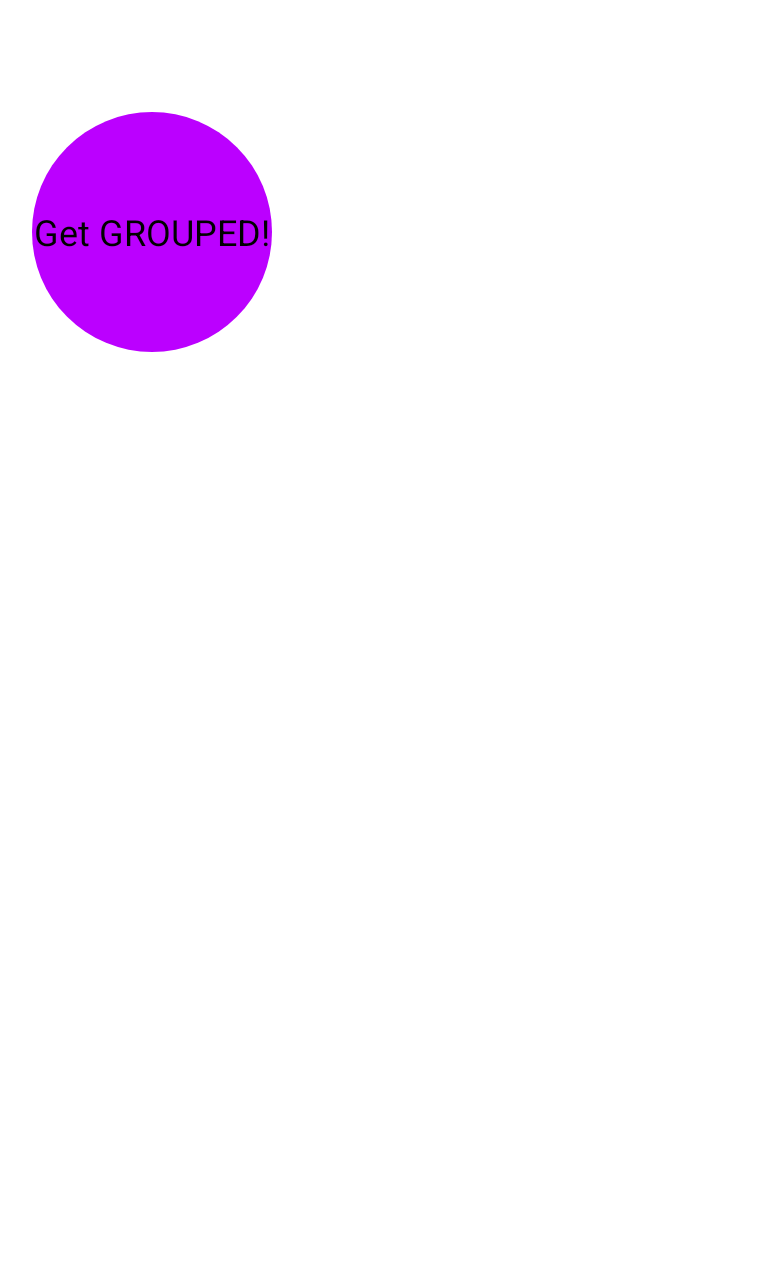
Repository: cs4471/grouped-client
Layout: Grouped/res/layout/activity_main.xml
An editor plug-in stored every save of this project. The layout is shown before and after the next save, followed by the edit.
It is drawn on a 768 x 1280 px phone screen (xhdpi) without system bars, with theme AppTheme; the app's code is not run.

Above is the layout before, as saved 2013-09-27 06:36:00.

### Grouped/res/layout/activity_main.xml
<RelativeLayout xmlns:android="http://schemas.android.com/apk/res/android"
    xmlns:tools="http://schemas.android.com/tools"
    android:layout_width="match_parent"
    android:layout_height="match_parent"
    android:paddingBottom="@dimen/activity_vertical_margin"
    android:paddingLeft="@dimen/activity_horizontal_margin"
    android:paddingRight="@dimen/activity_horizontal_margin"
    android:paddingTop="@dimen/activity_vertical_margin"
    tools:context=".MainActivity" >

    <Button
        android:id="@+id/button1"
        android:layout_width="wrap_content"
        android:layout_height="wrap_content"
        android:layout_alignParentLeft="true"
        android:layout_alignParentTop="true"
        android:layout_marginTop="40dp"
        android:background="@drawable/GetGroupedButton"
        android:onClick="openEditGroupPage"
        android:text="Get GROUPED!" />

</RelativeLayout>

### Grouped/res/drawable/GetGroupedButton.xml
<?xml version="1.0" encoding="utf-8"?>
<shape
    xmlns:android="http://schemas.android.com/apk/res/android"
    android:shape="oval">

   <solid
       android:color="#bb00ff"/>

   <size
       android:width="120dp"
        android:height="120dp"/>
</shape>

Loaded but not shown: Grouped/res/values/styles.xml (common file); Grouped/res/values-v14/styles.xml (common file); Grouped/res/values/dimens.xml (common file)

After the next save:
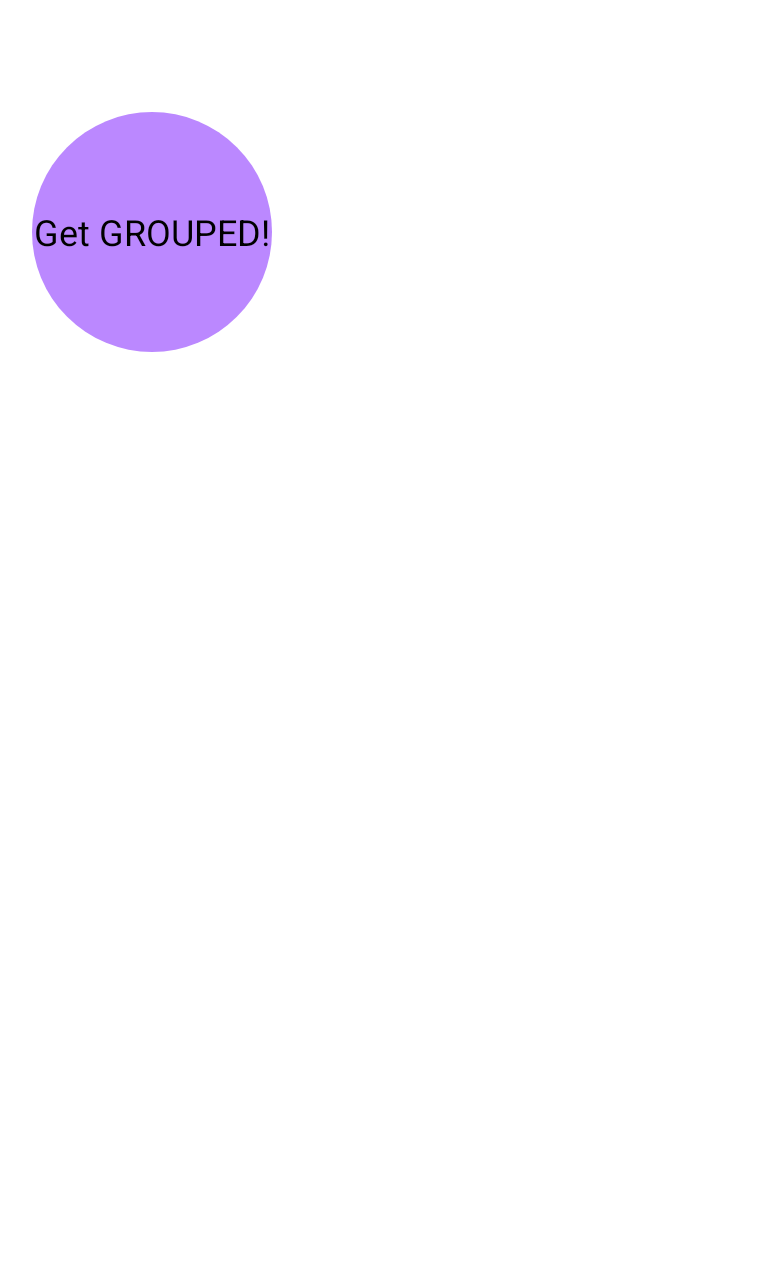
Saved 6 s later.
--- a/Grouped/res/drawable/GetGroupedButton.xml
+++ b/Grouped/res/drawable/GetGroupedButton.xml
@@ -4,7 +4,7 @@
     android:shape="oval">
 
    <solid
-       android:color="#bb00ff"/>
+       android:color="#bb88ff"/>
 
    <size
        android:width="120dp"

After the save that followed:
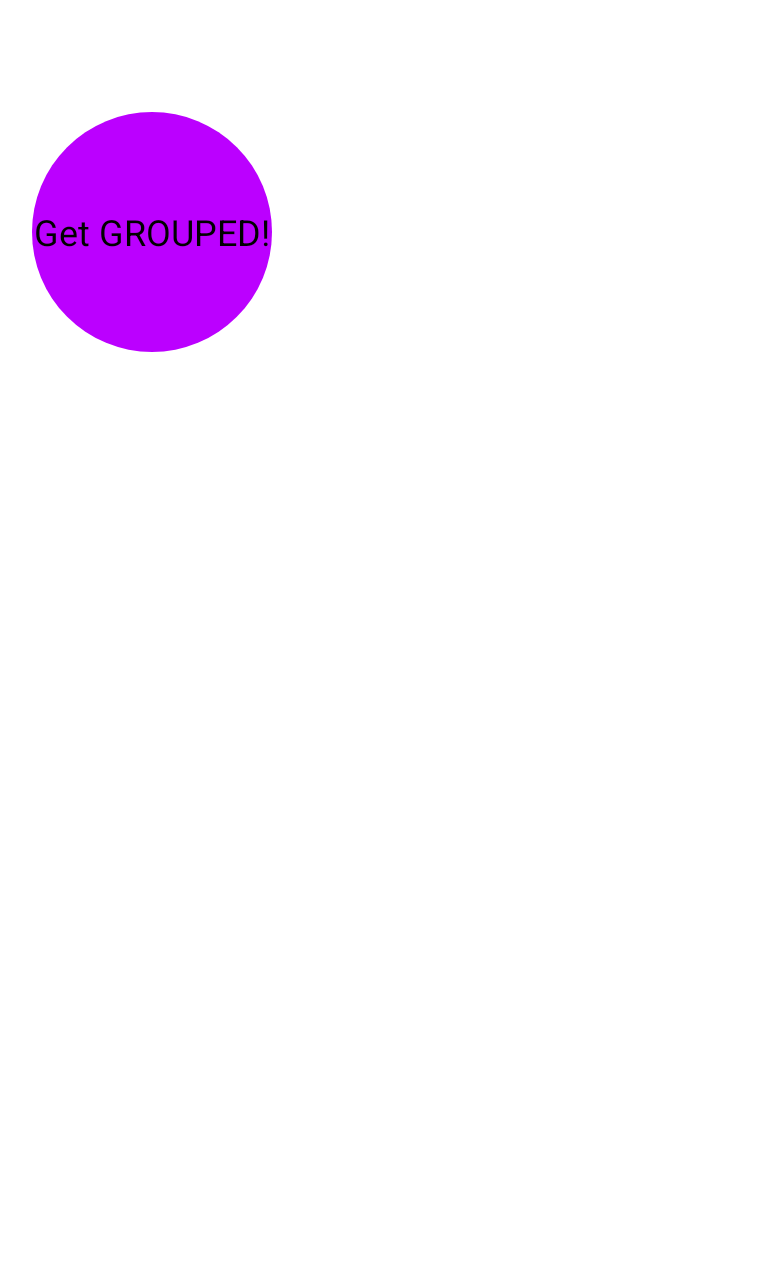
Saved 8 s later.
--- a/Grouped/res/drawable/GetGroupedButton.xml
+++ b/Grouped/res/drawable/GetGroupedButton.xml
@@ -4,7 +4,7 @@
     android:shape="oval">
 
    <solid
-       android:color="#bb88ff"/>
+       android:color="#bb00ff"/>
 
    <size
        android:width="120dp"
